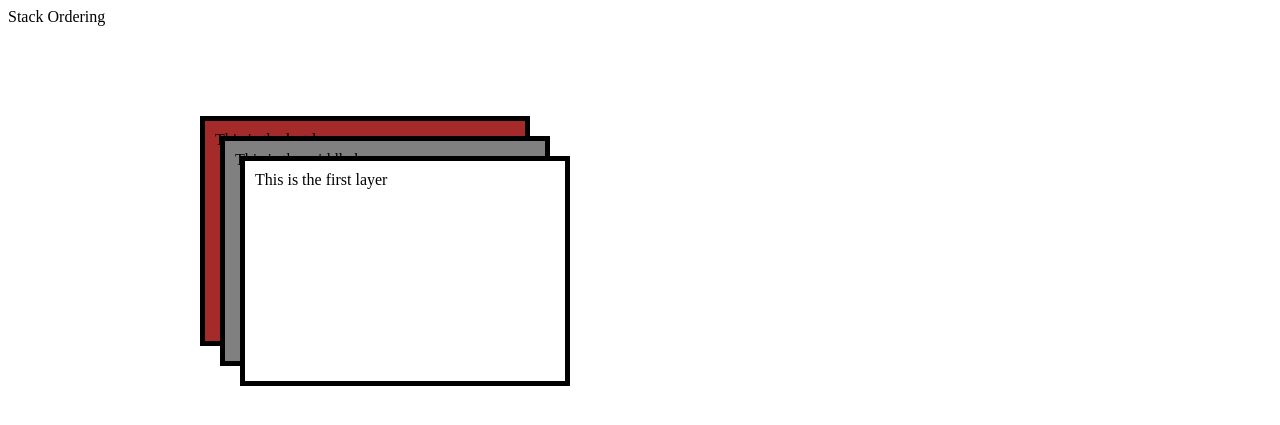
Repository: KrishnaSandeep79/WPS-Assignment
Page: WPS/WebContent/paragraph.html
The author's editor kept a copy of each file at every save. The page is drawn from the files as they stood at one save, then again after the next save.
The browser window is 1280 px wide. The pictures show the whole page.

Above is the page before, as saved 2019-08-24 06:46:54.

After the next save:
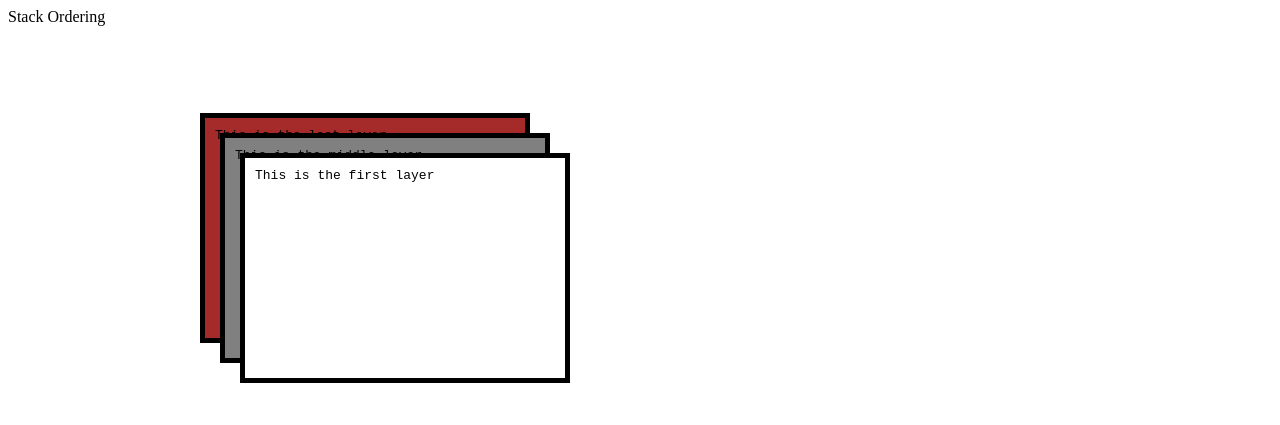
Saved 97 s later.
--- a/WPS/WebContent/paragraph.html
+++ b/WPS/WebContent/paragraph.html
@@ -53,8 +53,8 @@
                     topLayer=toTop;
                 }
         </script>
-        <p id=layer1 onMouseOver=mover('layer1');>This is the last layer</p>
-        <p id=layer2 onMouseOver=mover('layer2');>This is the middle layer</p>
-        <p id=layer3 onMouseOver=mover('layer3');>This is the first layer</p>
+        <pre id=layer1 onMouseOver=mover('layer1');>This is the last layer</pre>
+        <pre id=layer2 onMouseOver=mover('layer2');>This is the middle layer</pre>
+        <pre id=layer3 onMouseOver=mover('layer3');>This is the first layer</pre>
     </body>
  </html>
